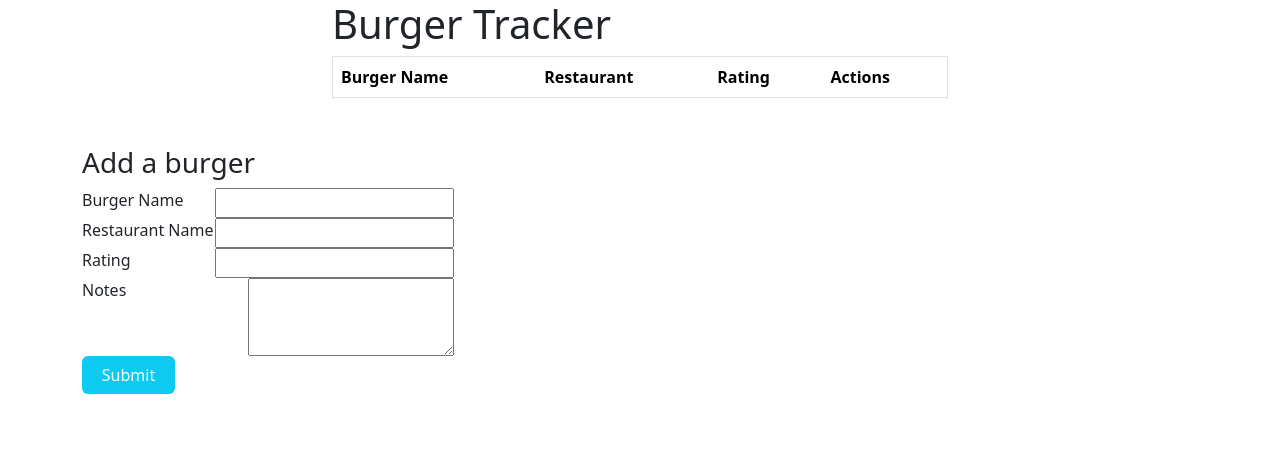
Repository: Hokusai12/Java_Dojo
Page: http://localhost/burgertracker/WEB-INF/index.jsp
The author's editor kept a copy of each file at every save. The page is drawn from the files as they stood at one save, then again after the next save.
The browser window is 1280 px wide. The pictures show the whole page.
The page is served by Tomcat 9. Nobody is signed in. Other server files are loaded and not shown. The template is opened directly, without the code that normally fills it, so the values that code supplies are empty.

Above is the page before, as saved 2023-03-05 20:33:38.

### Spring/MVC/burgertracker/src/main/webapp/WEB-INF/index.jsp
<%@ page language="java" contentType="text/html; charset=ISO-8859-1"
	pageEncoding="ISO-8859-1"%>
<%@ taglib prefix="c" uri="http://java.sun.com/jsp/jstl/core"%>
<%@ taglib prefix="form" uri="http://www.springframework.org/tags/form"%>
<%@ page isErrorPage="true"%>
<!DOCTYPE html>
<html>
<head>
<meta charset="ISO-8859-1">
<link
	href="https://cdn.jsdelivr.net/npm/bootstrap@5.3.0-alpha1/dist/css/bootstrap.min.css"
	rel="stylesheet"
	integrity="sha384-GLhlTQ8iRABdZLl6O3oVMWSktQOp6b7In1Zl3/Jr59b6EGGoI1aFkw7cmDA6j6gD"
	crossorigin="anonymous">
<title>Burgerator</title>
</head>
<body>
	<div class="container col-6">
		<h1>Burger Tracker</h1>
		<table class="table border">
			<thead>
				<tr>
					<th>Burger Name</th>
					<th>Restaurant</th>
					<th>Rating</th>
					<th>Actions</th>
				</tr>
			</thead>
			<tbody>
				<c:forEach items="${burgers}" var="burger">
					<tr>
						<td>${burger.name}</td>
						<td>${burger.restaurant}</td>
						<td>${burger.rating}</td>
						<td><a href="/burgers/edit/${burger.id}">Edit</a></td>
					</tr>
				</c:forEach>
			</tbody>
		</table>
	</div>
	<div class="container mt-5">
		<h3>Add a burger</h3>
		<form:form class="col-4 d-flex flex-column" action="/" method="POST"
			modelAttribute="burger">
			<div class="d-flex justify-content-between">
				<form:label path="name">Burger Name</form:label>
				<form:input type="text" path="name" />
			</div>
			<form:errors class="text-danger" path="name" />
			<div class="d-flex justify-content-between">
				<form:label path="restaurant">Restaurant Name</form:label>
				<form:input type="text" path="restaurant" />
			</div>
			<form:errors class="text-danger" path="restaurant" />
			<div class="d-flex justify-content-between">
				<form:label path="rating">Rating</form:label>
				<form:input type="text" path="rating" step="0.1"/>
			</div>
			<form:errors class="text-danger" path="rating" />
			<div class="d-flex justify-content-between">
				<form:label path="notes">Notes</form:label>
				<form:textarea path="notes" id="notes" cols="20" rows="3"></form:textarea>
			</div>
			<form:errors class="text-danger" path="notes" />
			<input
				class="col-3 btn bg-info text-white <align-self-end></align-self-end>"
				type="submit" value="Submit" />
		</form:form>
	</div>
</body>
</html>

After the next save:
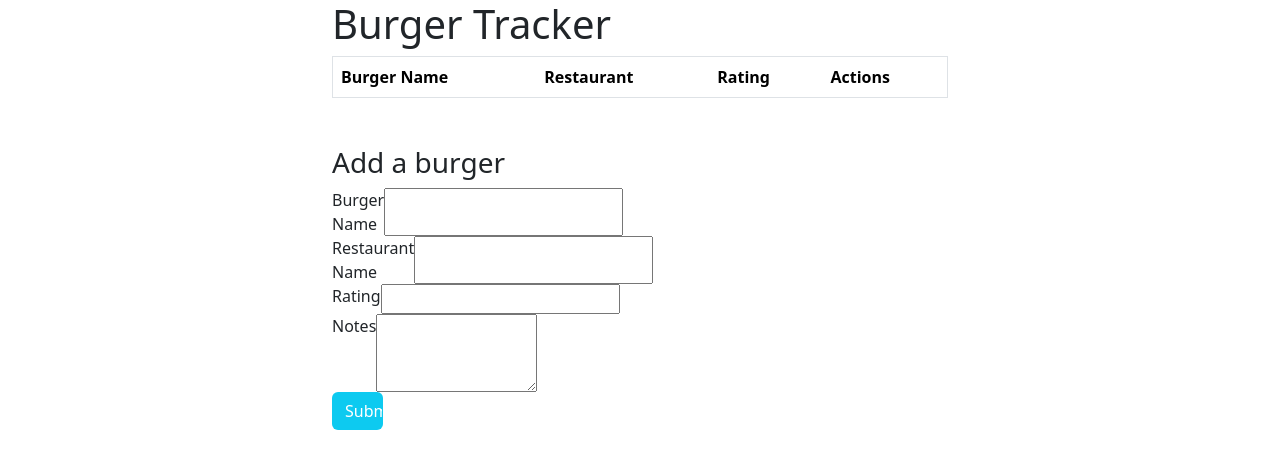
Saved 24 s later.
--- a/Spring/MVC/burgertracker/src/main/webapp/WEB-INF/index.jsp
+++ b/Spring/MVC/burgertracker/src/main/webapp/WEB-INF/index.jsp
@@ -38,7 +38,7 @@
 			</tbody>
 		</table>
 	</div>
-	<div class="container mt-5">
+	<div class="container mt-5 col-6">
 		<h3>Add a burger</h3>
 		<form:form class="col-4 d-flex flex-column" action="/" method="POST"
 			modelAttribute="burger">

After the 4 saves that followed:
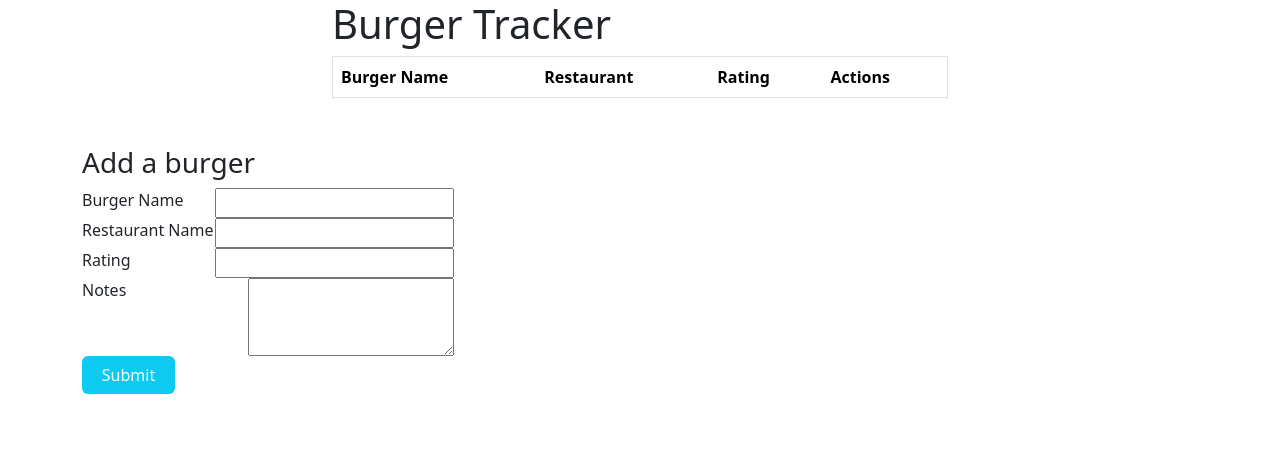
The 4 saves are shown as one change because they came seconds apart.
The last was saved 13 s later.
--- a/Spring/MVC/burgertracker/src/main/webapp/WEB-INF/index.jsp
+++ b/Spring/MVC/burgertracker/src/main/webapp/WEB-INF/index.jsp
@@ -38,7 +38,7 @@
 			</tbody>
 		</table>
 	</div>
-	<div class="container mt-5 col-6">
+	<div class="container mt-5 d-flex flex-column">
 		<h3>Add a burger</h3>
 		<form:form class="col-4 d-flex flex-column" action="/" method="POST"
 			modelAttribute="burger">
